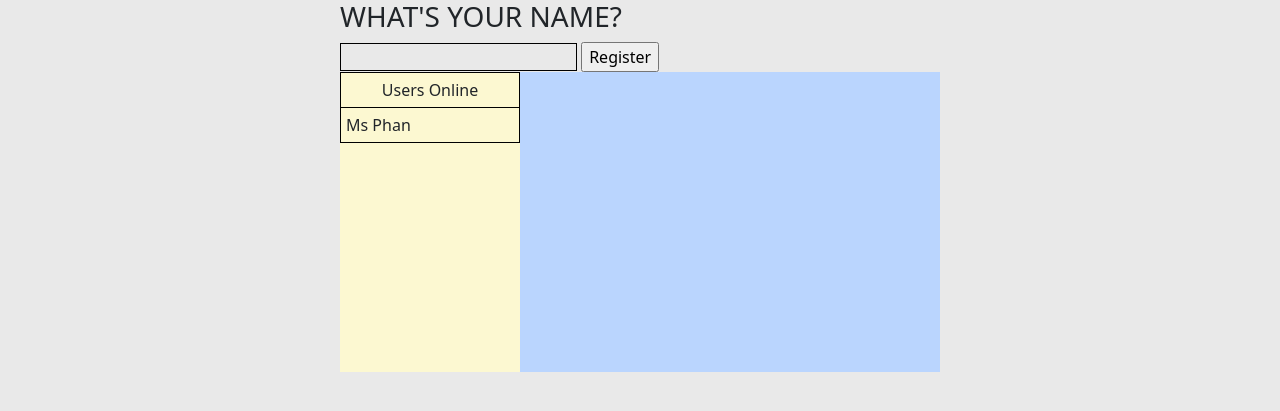
Repository: haimy125/demo_chat
Page: http://localhost/
An editor plug-in stored every save of this project. The page is shown before and after the next save, followed by the edit.
The browser window is 1280 px wide. The pictures show the whole page.
The page is served by the project's Node server (DEMO_CHAT_SOCKETIO/SERVER.js).

Above is the page before, as saved 2021-08-29 15:34:35.

### DEMO_CHAT_SOCKETIO/views/trangchu.ejs
<!DOCTYPE html>
<html lang="en">

<head>
    <meta charset="UTF-8">
    <meta http-equiv="X-UA-Compatible" content="IE=edge">
    <meta name="viewport" content="width=device-width, initial-scale=1.0">
    <title>demo chat</title>
    <link href="https://cdn.jsdelivr.net/npm/bootstrap@5.0.2/dist/css/bootstrap.min.css" rel="stylesheet" integrity="sha384-EVSTQN3/azprG1Anm3QDgpJLIm9Nao0Yz1ztcQTwFspd3yD65VohhpuuCOmLASjC" crossorigin="anonymous">
    <script src="https://cdn.jsdelivr.net/npm/@popperjs/core@2.9.2/dist/umd/popper.min.js" integrity="sha384-IQsoLXl5PILFhosVNubq5LC7Qb9DXgDA9i+tQ8Zj3iwWAwPtgFTxbJ8NT4GN1R8p" crossorigin="anonymous"></script>
    <script src="https://cdn.jsdelivr.net/npm/bootstrap@5.0.2/dist/js/bootstrap.min.js" integrity="sha384-cVKIPhGWiC2Al4u+LWgxfKTRIcfu0JTxR+EQDz/bgldoEyl4H0zUF0QKbrJ0EcQF" crossorigin="anonymous"></script>

    <script src="jquery.js"></script>
    <script src="socket.io/socket.io.js"></script>
    <link rel="stylesheet" href="layout.css">
    <script src="xuly.js">
    </script>
</head>

<body>
    <div class="container">
        <div id="wrapper">
            <div id="loginForm">
                <h3>WHAT'S YOUR NAME?</h3>
                <input type="text" id="txtUsername">
                <input type="button" value="Register" id="btnRegister" />
            </div>
            <div id="chatForm">
                <div id="left">
                    <div id="boxTitle">Users Online</div>
                    <div id="boxContent">
                        <div class="userOnline">Ms Phan</div>
                    </div>
                </div>
                <div id="right">

                </div>
            </div>
        </div>
    </div>
</body>

</html>

### DEMO_CHAT_SOCKETIO/SERVER.js
var express = require('express'); //phai require thu vien express moi chay
var app = express(); //khai bao server
app.use(express.static("public")); //can file js, css nen khai bao the nay de all file trong public la khach hang truy cap duoc het

app.set("view engine", "ejs"); //
app.set("views", "./views");
var server = require('http').Server(app); //dựng server
var io = require('socket.io')(server);
server.listen(3000);


app.get('/', function(req, res) {
    res.render('trangchu');
});

### DEMO_CHAT_SOCKETIO/public/layout.css
body {
    background-color: #e9e9e9;
}

#wrapper {
    width: 600px;
    margin: 0 auto;
}

#txtUsername {
    background-color: transparent;
    border: solid 1px black;
    /* border-width: 0 0 1 0; */
}

#left,
#right {
    min-height: 300px;
}

#left {
    width: 30%;
    float: left;
    background-color: #fcf8d1;
}

#right {
    width: 70%;
    float: right;
    background-color: #bad5fe;
}

#boxTitle {
    border: solid 1px black;
    padding: 5px;
    text-align: center;
}

#boxContent {
    border: solid 1px black;
    border-top: none;
    padding: 5px;
}

### DEMO_CHAT_SOCKETIO/public/xuly.js
$(document).ready(function() {
    // alert('a');
});

Loaded but not shown: DEMO_CHAT_SOCKETIO/public/jquery.js (library)

After the next save:
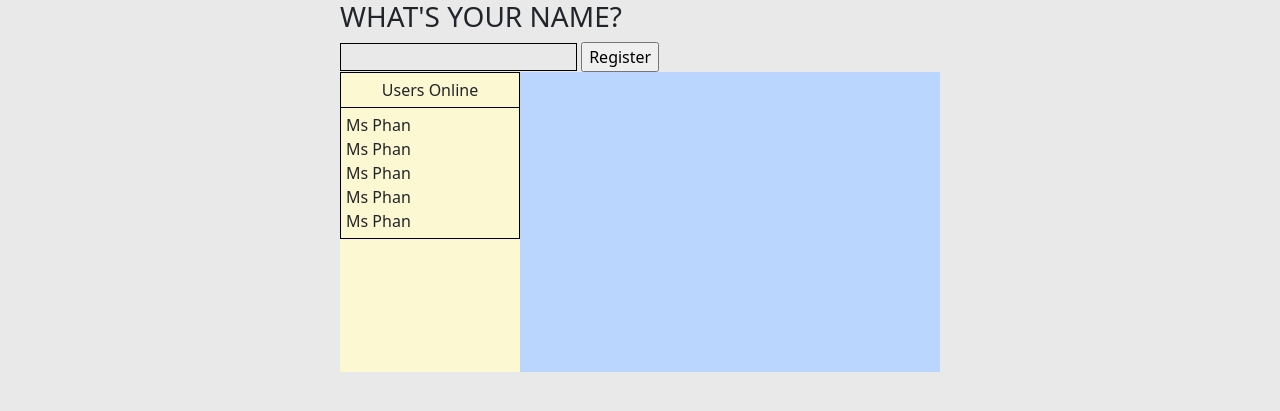
Saved 7 s later.
--- a/DEMO_CHAT_SOCKETIO/views/trangchu.ejs
+++ b/DEMO_CHAT_SOCKETIO/views/trangchu.ejs
@@ -30,6 +30,10 @@
                     <div id="boxTitle">Users Online</div>
                     <div id="boxContent">
                         <div class="userOnline">Ms Phan</div>
+                        <div class="userOnline">Ms Phan</div>
+                        <div class="userOnline">Ms Phan</div>
+                        <div class="userOnline">Ms Phan</div>
+                        <div class="userOnline">Ms Phan</div>
                     </div>
                 </div>
                 <div id="right">
